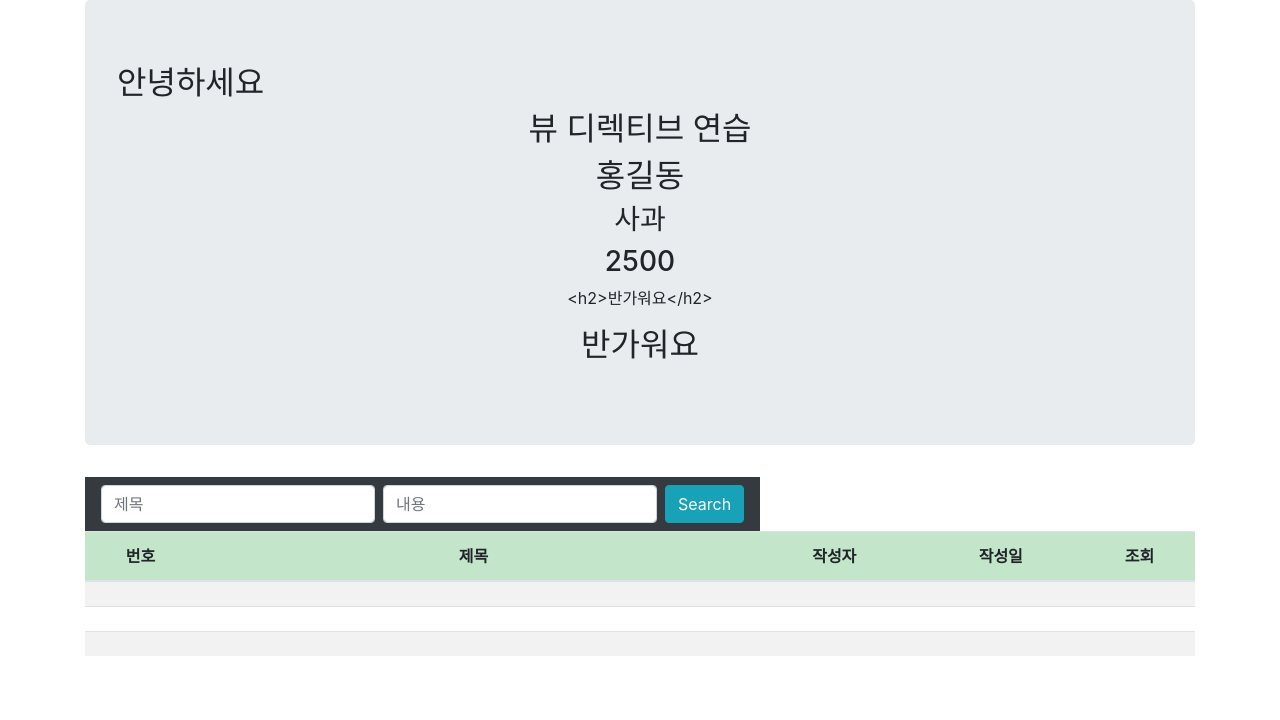
Repository: arongss/java
Page: springweb/src/main/webapp/a02_vue/a02_directive.html
An editor plug-in stored every save of this project. The page is shown before and after the next save, followed by the edit.
The browser window is 1280 px wide. The pictures show the whole page.

Above is the page before, as saved 2023-02-01 07:43:38.

After the next save:
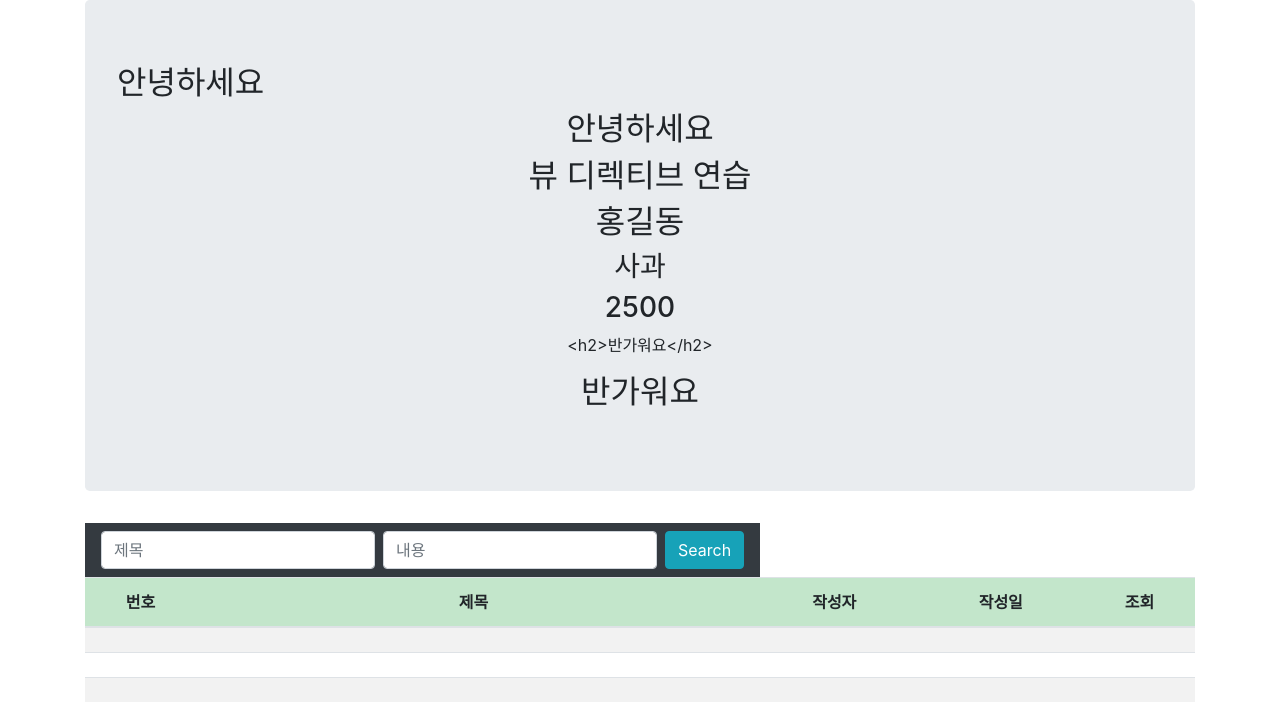
Saved 18 s later.
--- a/springweb/src/main/webapp/a02_vue/a02_directive.html
+++ b/springweb/src/main/webapp/a02_vue/a02_directive.html
@@ -48,6 +48,7 @@
 <div class="container">
 	<div class="jumbotron text-center">
 		<h2 v-bind:align="align01">안녕하세요</h2>
+		<h2 :align="align02">안녕하세요</h2>
 	  <h2 >{{msg}}</h2>
 	  <h2 v-text="name"></h2>
 	  <h3 v-text="pname"></h3>
